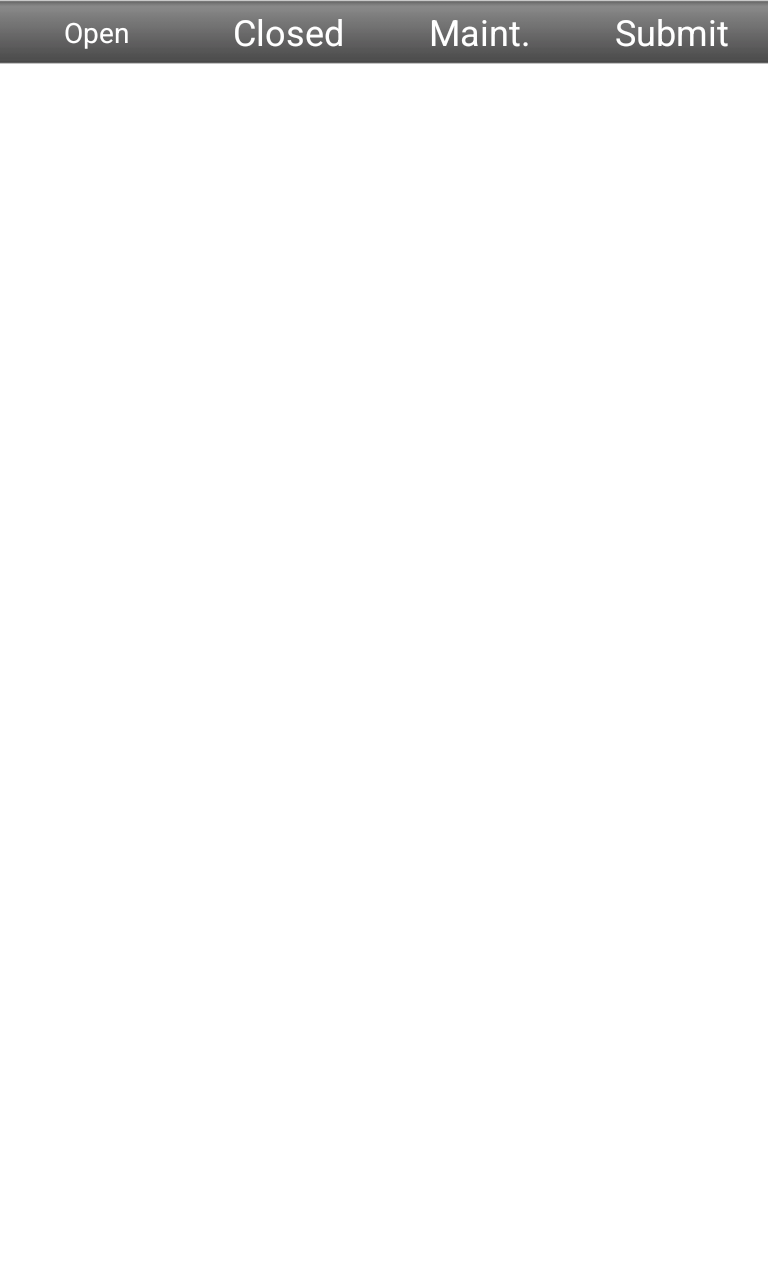
Repository: Pradeep-appstute/First
Layout: Control/res/layout/fragment_tickets.xml
The author's editor kept a copy of each file at every save. The layout is drawn from the files as they stood at one save, then again after the next save.
It is drawn on a 768 x 1280 px phone screen (xhdpi) without system bars, with theme AppTheme; the app's code is not run. Lists and similar views that code fills are empty.

Above is the layout before, as saved 2014-02-11 14:08:17.

After the next save:
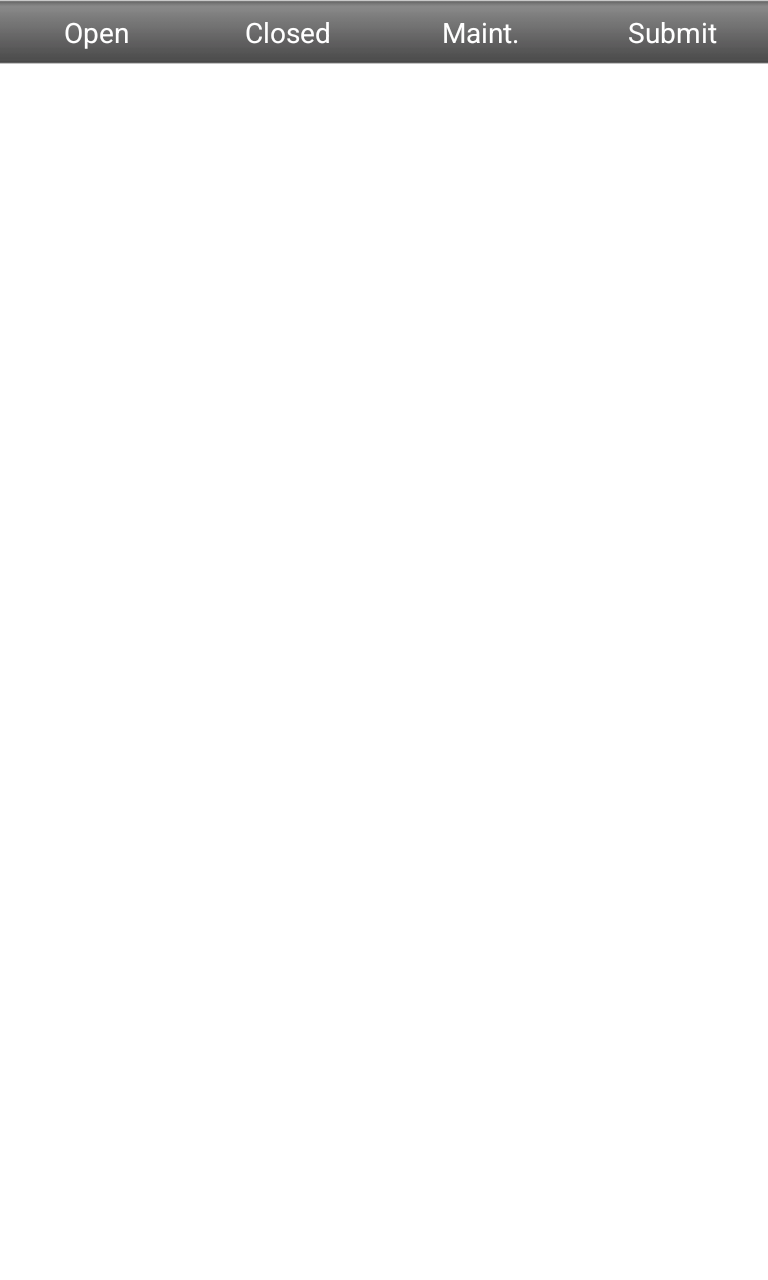
Saved 16 s later.
--- a/Control/res/layout/fragment_tickets.xml
+++ b/Control/res/layout/fragment_tickets.xml
@@ -35,6 +35,7 @@
             android:id="@+id/closed"
             android:layout_width="fill_parent"
             android:layout_height="28dp"
+            android:textSize="14dp"
             android:layout_weight="1"
             android:background="#0fff"
             android:text="Closed"
@@ -45,6 +46,7 @@
             android:id="@+id/maint"
             android:layout_width="fill_parent"
             android:layout_height="28dp"
+            android:textSize="14dp"
             android:layout_weight="1"
             android:background="#0fff"
             android:text="Maint."
@@ -55,6 +57,7 @@
             android:id="@+id/submit"
             android:layout_width="fill_parent"
             android:layout_height="28dp"
+            android:textSize="14dp"
             android:layout_weight="1"
             android:background="#0fff"
             android:text="Submit"
